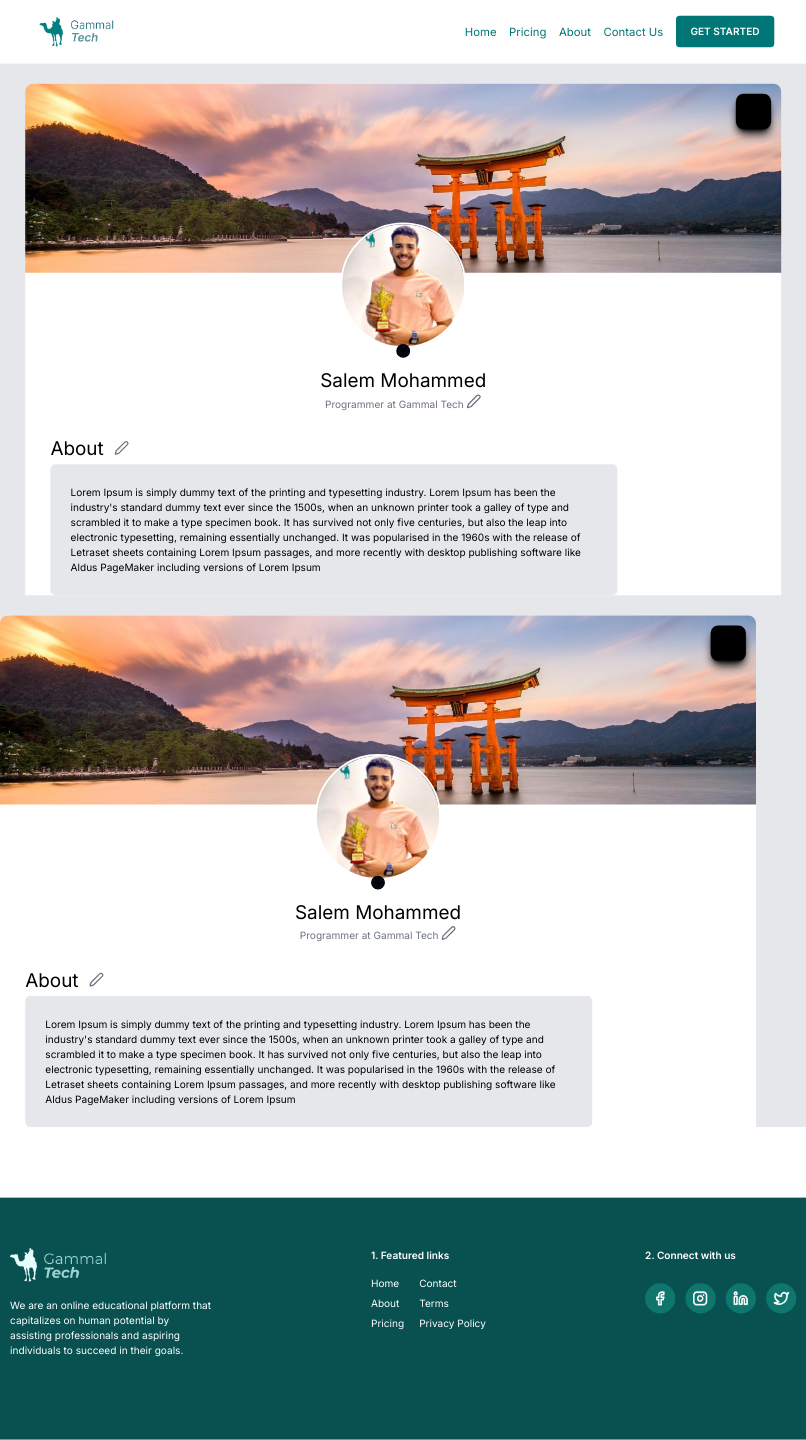
Repository: Ahmed77669/Internship-test
Page: /profile
The author's editor kept a copy of each file at every save. The page is drawn from the files as they stood at one save, then again after the next save.
The browser window is 1280 px wide. The pictures show the whole page, at 63% of full size.
The page's requests for data from a server got no answer. The project was rebuilt for these pictures with package versions that can differ from the ones it lists, and the page was loaded fresh each time. The framework's server and built-in components were replaced by stand-ins that run in the browser. No one was signed in, and anything a server would have sent is missing. Also part of the build but not shown: next.config.mjs, components/Header/NavBarAuth.tsx.

Above is the page before, as saved 2024-10-25 20:10:10.

### app/layout.tsx
import type { Metadata } from "next";
import localFont from "next/font/local";
import "@/app/styles/globals.css";
import NavBarHome from "@/components/Header/Navbar";
import NavBarAuth from "@/components/Header/NavBarAuth";
import { Inter } from "next/font/google";
import Footer from "@/components/Footer/Footer";
import { cookies } from "next/headers";

const inter = Inter({
  subsets: ["latin"],
});
const geistSans = localFont({
  src: "./fonts/GeistVF.woff",
  variable: "--font-geist-sans",
  weight: "100 900",
});
const geistMono = localFont({
  src: "./fonts/GeistMonoVF.woff",
  variable: "--font-geist-mono",
  weight: "100 900",
});

export const metadata: Metadata = {
  title: "Gammal Tech Exam",
  description: "Generated by create next app",
};

export default function RootLayout({
  children,
}: Readonly<{
  children: React.ReactNode;
}>) {
  const cookieStore = cookies();
  const isAuthenticated = cookieStore.get("isAuthenticated")?.value === "true";
  return (
    <html lang="en">
      <body
        className={`${geistSans.variable} ${geistMono.variable} antialiased ${inter.className}`}
      >
        {isAuthenticated ? <NavBarAuth /> : <NavBarHome />}
        {children}
        <Footer />
      </body>
    </html>
  );
}

### app/profile/page.tsx
import React from 'react'
import Profile from '@/components/Profile/Profile'
const profile = () => {
  return (
    <Profile />
  )
}

export default profile

### app/styles/globals.css
@tailwind base;
@tailwind components;
@tailwind utilities;

:root {
  --background: #ffffff;
  /* --foreground: #171717; */
}

@media (prefers-color-scheme: dark) {
  :root {
    /* --background: #0a0a0a; */
    --foreground: #ededed;
  }
}

body {
  color: var(--foreground);
  background: var(--background);
  font-family: Arial, Helvetica, sans-serif;
}

@layer utilities {
  .text-balance {
    text-wrap: balance;
  }
}

### components/Header/Navbar.tsx
"use client";
import React, { useEffect, useState } from "react";
import GT_logo from "@/public/gammalTech-logos/Component 6.png";
import Link from "next/link";
import Image from "next/image";
import { Menu } from "lucide-react";
import { X } from "lucide-react";
import { AnimatePresence, motion } from "framer-motion";

export default function NavBarHome() {
  const [isMenuOpen, setIsMenuOpen] = useState(false);
  const toggleMenu = () => {
    setIsMenuOpen((prev) => !prev);
  };

  useEffect(() => {
    const handleResize = () => {
      if (window.innerWidth > 1024) {
        setIsMenuOpen(false);
      }
    };

    window.addEventListener("resize", handleResize);
    return () => {
      window.removeEventListener("resize", handleResize);
    };
  }, []);

  return (
    <div className={`py-5 container mx-auto w-[92%]`}>
      <nav className="relative">
        <ul className="flex justify-between items-center">
          <li className="min-w-[152px]">
            <Link href="/">
              <Image
                src={GT_logo}
                alt="Gammal Tech Logo"
                width={130}
                className="cursor-pointer"
              />
            </Link>
          </li>
          <div className="hidden md:flex space-x-5">
            <Link
              href="/"
              className="text-[#007676] text-[18px] font-normal flex items-center"
            >
              Home
            </Link>
            <Link
              href="/pricing"
              className="text-[#007676] text-[18px] font-normal flex items-center"
            >
              Pricing
            </Link>
            <Link
              href="https://www.gammal.tech/"
              className="text-[#007676] text-[18px] font-normal flex items-center"
            >
              About
            </Link>
            <Link
              href="#"
              className="text-[#007676] text-[18px] font-normal flex items-center"
            >
              Contact Us
            </Link>
            <Link href="/signup">
              <button className="bg-[#007676] text-white rounded-md w-[156px] h-[50px] text-[16px] font-semibold  py-1 px-3 transition-all duration-300 ease-in-out hover:bg-[#005555] hover:shadow-lg">
                GET STARTED
              </button>
            </Link>
          </div>
          <div className="md:hidden flex items-center">
            <button
              onClick={toggleMenu}
              className="text-[#007676] focus:outline-none"
            >
              {isMenuOpen ? null : (
                <Menu size={40} color="#007676" strokeWidth={2} />
              )}
            </button>
          </div>
        </ul>

        <AnimatePresence>
          {isMenuOpen && (
            <motion.div
              initial={{ opacity: 0, y: -100 }}
              animate={{ opacity: 1, y: 0 }}
              exit={{ opacity: 0, y: -100 }}
              transition={{ duration: 0.5 }}
              className="fixed inset-0 bg-white z-50 overflow-y-auto"
            >
              <div className="flex flex-col items-center justify-center min-h-screen p-4">
                <button
                  onClick={toggleMenu}
                  className="absolute top-4 right-4 text-[#007676]"
                  aria-label="Close menu"
                >
                  <X size={40} color="#007676" strokeWidth={2} />
                </button>
                <nav className="w-full max-w-md">
                  <Link
                    href="/"
                    className="block text-[#007676] text-lg font-semibold hover:bg-[#f0f0f0] transition duration-200 p-3 rounded-lg text-center w-full"
                    onClick={toggleMenu}
                  >
                    Home
                  </Link>
                  <Link
                    href="/pricing"
                    className="block text-[#007676] text-lg font-semibold hover:bg-[#f0f0f0] transition duration-200 p-3 rounded-lg text-center w-full"
                    onClick={toggleMenu}
                  >
                    Pricing
                  </Link>

                  <Link
                    href="/about"
                    className="block text-[#007676] text-lg font-semibold hover:bg-[#f0f0f0] transition duration-200 p-3 rounded-lg text-center w-full"
                    onClick={toggleMenu}
                  >
                    About
                  </Link>
                  <Link
                    href="#"
                    className="block text-[#007676] text-lg font-semibold hover:bg-[#f0f0f0] transition duration-200 p-3 rounded-lg text-center w-full"
                    onClick={toggleMenu}
                  >
                    Contact Us
                  </Link>
                  <Link href="/signup">
                    <button
                      className="mt-4 bg-[#007676] text-white text-lg font-semibold py-2 px-6 rounded-lg hover:bg-[#005c5c] transition duration-200 w-full"
                      onClick={toggleMenu}
                    >
                      GET STARTED
                    </button>
                  </Link>
                </nav>
              </div>
            </motion.div>
          )}
        </AnimatePresence>
      </nav>
    </div>
  );
}

### components/Footer/Footer.tsx
import React from "react";
import Image from "next/image";
import footerLogo from "@/public/gammalTech-logos/footer-logo.png";
import Link from "next/link";
import linkdin from "@/public/socialmediaIcons/linkdin.png";
import facebook from "@/public/socialmediaIcons/Facebook.png";
import instagram from "@/public/socialmediaIcons/Instagram.png";
import twitter from "@/public/socialmediaIcons/Twitter.png";

const Footer = () => {
  return (
    <section className="bg-[#095051] py-20 min-h-96 h-auto">
      <div className="container mx-auto px-4 ">
        <div className="flex justify-between flex-wrap ">
          <div className="mb-10">
            <div className="mb-6">
              <Image src={footerLogo} alt="Gammal Tech Logo" width={152} />
            </div>
            <div className="text-white w-80">
              We are an online educational platform that capitalizes on human
              potential by assisting professionals and aspiring individuals to
              succeed in their goals.
            </div>
          </div>

          <div className="text-white flex flex-col mb-10">
  <p className="font-semibold mb-5">1. Featured links</p>
  <div className="flex justify-between">
    {/* First column of links */}
    <div className="flex flex-col space-y-2 mr-6">
      <Link href="/">Home</Link>
      <Link href="https://www.gammal.tech/">About</Link>
      <Link href="/pricing">Pricing</Link>
    </div>

    {/* Second column of links */}
    <div className="flex flex-col space-y-2">
      <Link href="#">Contact</Link>
      <Link href="#">Terms</Link>
      <Link href="#">Privacy Policy</Link>
    </div>
  </div>
</div>


          <div>
            <p className="text-white font-semibold mb-8">2. Connect with us</p>
            <div className="flex space-x-4">
              <Link
                href="https://www.facebook.com/gammal.tech/?locale=ar_AR"
                passHref
                target="_blank"
              >
                <div className="w-12 h-12 bg-teal-700 rounded-full flex items-center justify-center cursor-pointer">
                  <Image src={facebook} alt="Facebook Logo" />
                </div>
              </Link>
              <Link
                href="https://www.instagram.com/gammal.tech/?hl=ar"
                passHref
                target="_blank"
              >
                <div className="w-12 h-12 bg-teal-700 rounded-full flex items-center justify-center cursor-pointer">
                  <Image src={instagram} alt="Instagram Logo" />
                </div>
              </Link>
              <Link
                href="https://www.linkedin.com/company/gammal-tech/"
                passHref
                target="_blank"
              >
                <div className="w-12 h-12 bg-teal-700 rounded-full flex items-center justify-center cursor-pointer">
                  <Image src={linkdin} alt="LinkedIn Logo" />
                </div>
              </Link>
              <Link
                href="https://x.com/gammaltech?lang=ar"
                passHref
                target="_blank"
              >
                <div className="w-12 h-12 bg-teal-700 rounded-full flex items-center justify-center cursor-pointer">
                  <Image src={twitter} alt="Twitter Logo" />
                </div>
              </Link>
            </div>
          </div>
        </div>
      </div>
    </section>
  );
};

export default Footer;

### components/Profile/Profile.tsx
import React from "react";
import Image from "next/image";
import selectedImage from "@/public/coders photos/coder2.jpg";
import popoo from "@/public/popoo.jpg";
import { Pen, PlusCircle } from "lucide-react";

const Profile = () => {
  return (
    <section className="bg-gray-200 mb-28 ">
      <div className="flex justify-center container mx-auto">
        <div className="w-[1200px]  bg-white rounded-t-xl mt-8">
          <div
            className="w-full h-[300px] mb-5 rounded-t-xl flex justify-end"
            style={{
              backgroundImage: "url('/popoo.jpg')",
              backgroundSize: "cover",
              backgroundPosition: "center",
              backgroundRepeat: "no-repeat",
            }}
          >
<button className="bg-[#000000] w-14 h-14 shadow-black shadow-lg flex items-center justify-center rounded-xl cursor-pointer m-4 transition-all duration-200 active:scale-95 active:rounded-full active:bg-[#000000]">
  <Pen />
</button>

          </div>

          <div className="flex flex-col items-center -mt-[100px] mb-10">
            <Image
              src={selectedImage}
              alt="Profile Avatar"
              width={200}
              height={200}
              style={{
                width: "200px",
                height: "200px",
                borderRadius: "300px",
                objectFit: "cover",
                border: "3px white solid",
              }}
            />
            <PlusCircle className="relative -inset-y-2 fill-gray-950 " />
            <p className="text-black text-3xl mt-2">Salem Mohammed</p>
            <div className="flex">
              <p className="text-gray-500 text-[16px] mt-2 mr-1">
                Programmer at Gammal Tech
              </p>
              <Pen className="text-lg mt-1 text-gray-500 cursor-pointer" />
            </div>
          </div>
          <div className="flex">
            <div className="text-black text-3xl ml-10 mr-4 mb-2">About</div>
            <Pen className="text-lg mt-[6px]  text-gray-500 cursor-pointer" />
          </div>
          <div className="bg-gray-200 p-8 rounded-lg w-3/4 ml-10">
            <p className="text-black">
              Lorem Ipsum is simply dummy text of the printing and typesetting
              industry. Lorem Ipsum has been the industry's standard dummy text
              ever since the 1500s, when an unknown printer took a galley of
              type and scrambled it to make a type specimen book. It has
              survived not only five centuries, but also the leap into
              electronic typesetting, remaining essentially unchanged. It was
              popularised in the 1960s with the release of Letraset sheets
              containing Lorem Ipsum passages, and more recently with desktop
              publishing software like Aldus PageMaker including versions of
              Lorem Ipsum
            </p>
          </div>
        </div>
      </div>
      <div className="w-[1200px]  bg-white rounded-t-xl mt-8">
          <div
            className="w-full h-[300px] mb-5 rounded-t-xl flex justify-end"
            style={{
              backgroundImage: "url('/popoo.jpg')",
              backgroundSize: "cover",
              backgroundPosition: "center",
              backgroundRepeat: "no-repeat",
            }}
          >
<button className="bg-[#000000] w-14 h-14 shadow-black shadow-lg flex items-center justify-center rounded-xl cursor-pointer m-4 transition-all duration-200 active:scale-95 active:rounded-full active:bg-[#000000]">
  <Pen />
</button>

          </div>

          <div className="flex flex-col items-center -mt-[100px] mb-10">
            <Image
              src={selectedImage}
              alt="Profile Avatar"
              width={200}
              height={200}
              style={{
                width: "200px",
                height: "200px",
                borderRadius: "300px",
                objectFit: "cover",
                border: "3px white solid",
              }}
            />
            <PlusCircle className="relative -inset-y-2 fill-gray-950 " />
            <p className="text-black text-3xl mt-2">Salem Mohammed</p>
            <div className="flex">
              <p className="text-gray-500 text-[16px] mt-2 mr-1">
                Programmer at Gammal Tech
              </p>
              <Pen className="text-lg mt-1 text-gray-500 cursor-pointer" />
            </div>
          </div>
          <div className="flex">
            <div className="text-black text-3xl ml-10 mr-4 mb-2">About</div>
            <Pen className="text-lg mt-[6px]  text-gray-500 cursor-pointer" />
          </div>
          <div className="bg-gray-200 p-8 rounded-lg w-3/4 ml-10">
            <p className="text-black">
              Lorem Ipsum is simply dummy text of the printing and typesetting
              industry. Lorem Ipsum has been the industry's standard dummy text
              ever since the 1500s, when an unknown printer took a galley of
              type and scrambled it to make a type specimen book. It has
              survived not only five centuries, but also the leap into
              electronic typesetting, remaining essentially unchanged. It was
              popularised in the 1960s with the release of Letraset sheets
              containing Lorem Ipsum passages, and more recently with desktop
              publishing software like Aldus PageMaker including versions of
              Lorem Ipsum
            </p>
          </div>
        </div>
    </section>
  );
};

export default Profile;

### tailwind.config.js
/** @type {import('tailwindcss').Config} */
module.exports = {
  content: [
    './components/**/*.{js,ts,jsx,tsx}',
    './app/**/*.{js,ts,jsx,tsx}',
    './middleware.ts'
  ],
  theme: {
    extend: {},
  },
  plugins: [],
}

After the next save:
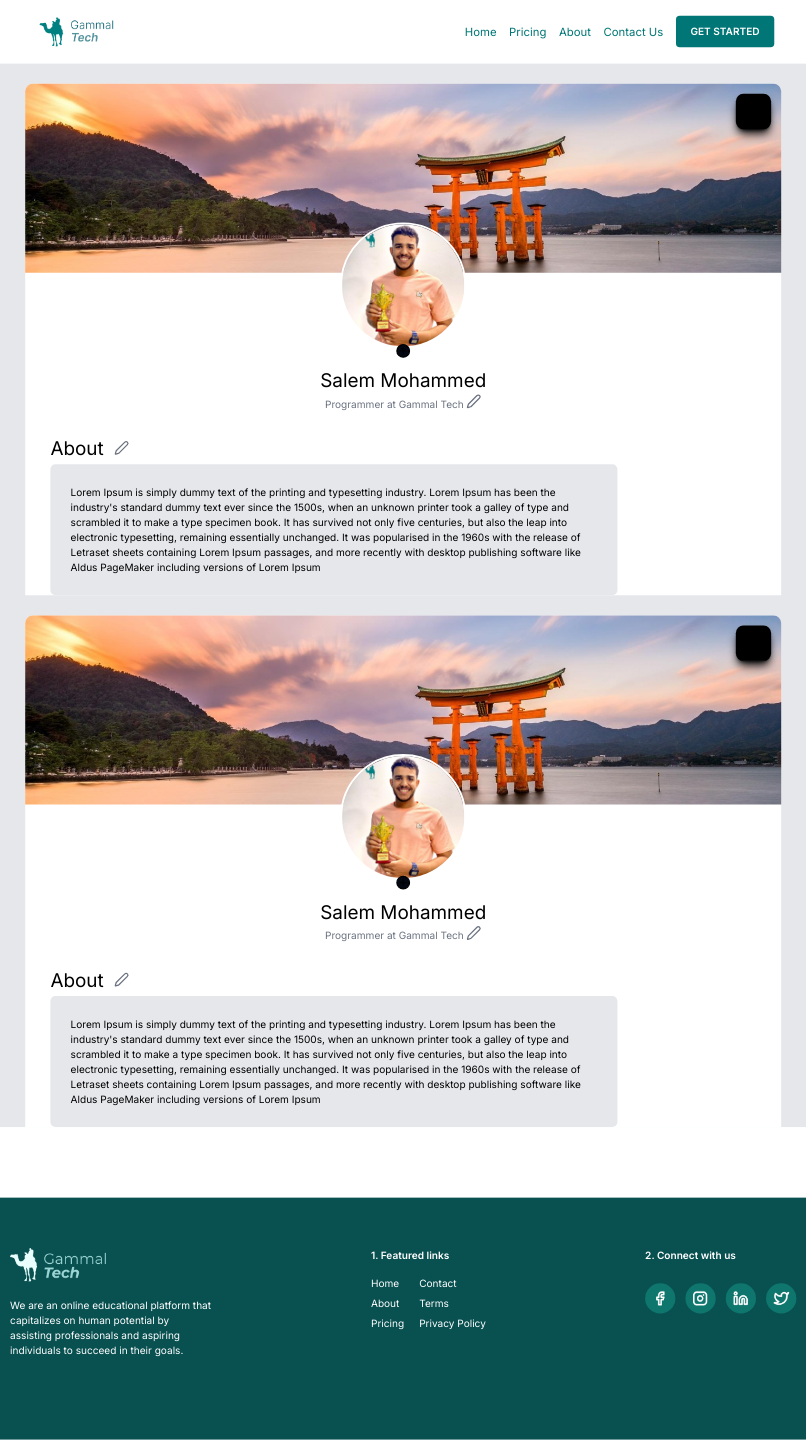
Saved 43 s later.
--- a/components/Profile/Profile.tsx
+++ b/components/Profile/Profile.tsx
@@ -18,10 +18,9 @@ const Profile = () => {
               backgroundRepeat: "no-repeat",
             }}
           >
-<button className="bg-[#000000] w-14 h-14 shadow-black shadow-lg flex items-center justify-center rounded-xl cursor-pointer m-4 transition-all duration-200 active:scale-95 active:rounded-full active:bg-[#000000]">
-  <Pen />
-</button>
-
+            <button className="bg-[#000000] w-14 h-14 shadow-black shadow-lg flex items-center justify-center rounded-xl cursor-pointer m-4 transition-all duration-200 active:scale-95 active:rounded-full active:bg-[#000000]">
+              <Pen />
+            </button>
           </div>
 
           <div className="flex flex-col items-center -mt-[100px] mb-10">
@@ -67,7 +66,9 @@ const Profile = () => {
           </div>
         </div>
       </div>
-      <div className="w-[1200px]  bg-white rounded-t-xl mt-8">
+
+      <div className="flex justify-center container mx-auto">
+        <div className="w-[1200px]  bg-white rounded-t-xl mt-8">
           <div
             className="w-full h-[300px] mb-5 rounded-t-xl flex justify-end"
             style={{
@@ -77,10 +78,9 @@ const Profile = () => {
               backgroundRepeat: "no-repeat",
             }}
           >
-<button className="bg-[#000000] w-14 h-14 shadow-black shadow-lg flex items-center justify-center rounded-xl cursor-pointer m-4 transition-all duration-200 active:scale-95 active:rounded-full active:bg-[#000000]">
-  <Pen />
-</button>
-
+            <button className="bg-[#000000] w-14 h-14 shadow-black shadow-lg flex items-center justify-center rounded-xl cursor-pointer m-4 transition-all duration-200 active:scale-95 active:rounded-full active:bg-[#000000]">
+              <Pen />
+            </button>
           </div>
 
           <div className="flex flex-col items-center -mt-[100px] mb-10">
@@ -125,6 +125,7 @@ const Profile = () => {
             </p>
           </div>
         </div>
+      </div>
     </section>
   );
 };
